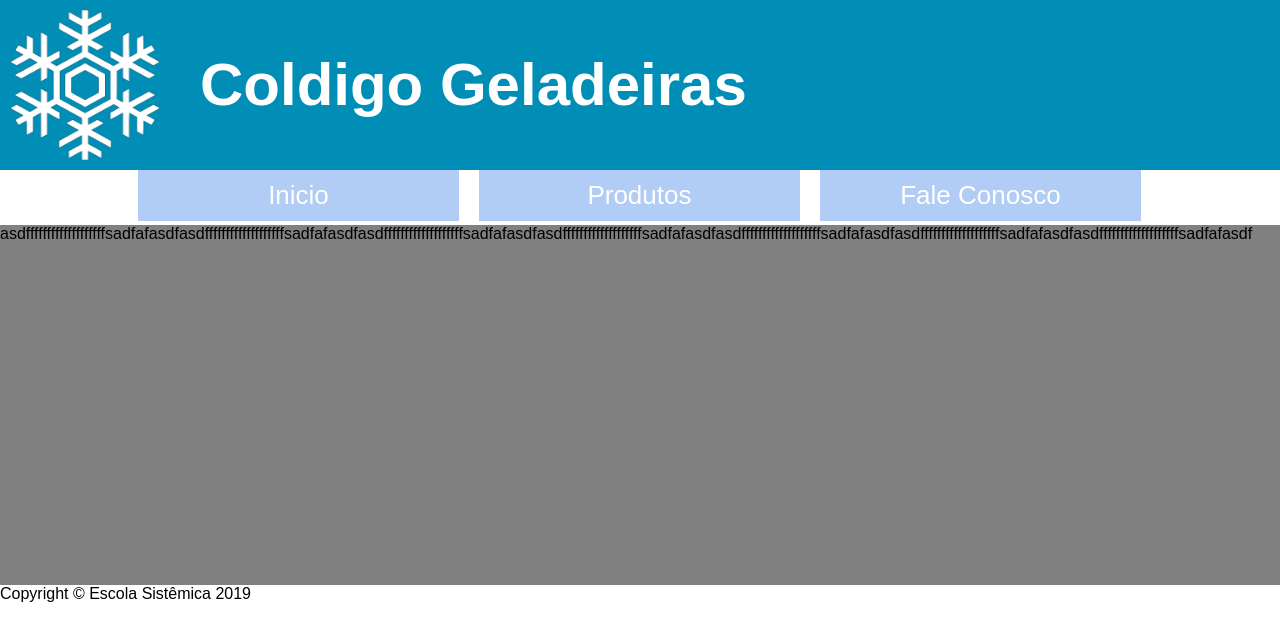
Repository: VandersonCani/Front-End
Page: ProjetoTrilhaWeb/src/main/webapp/WEB-INF/index.html
An editor plug-in stored every save of this project. The page is shown before and after the next save, followed by the edit.
The browser window is 1280 px wide. The pictures show the whole page.

Above is the page before, as saved 2024-05-07 21:58:36.

After the next save:
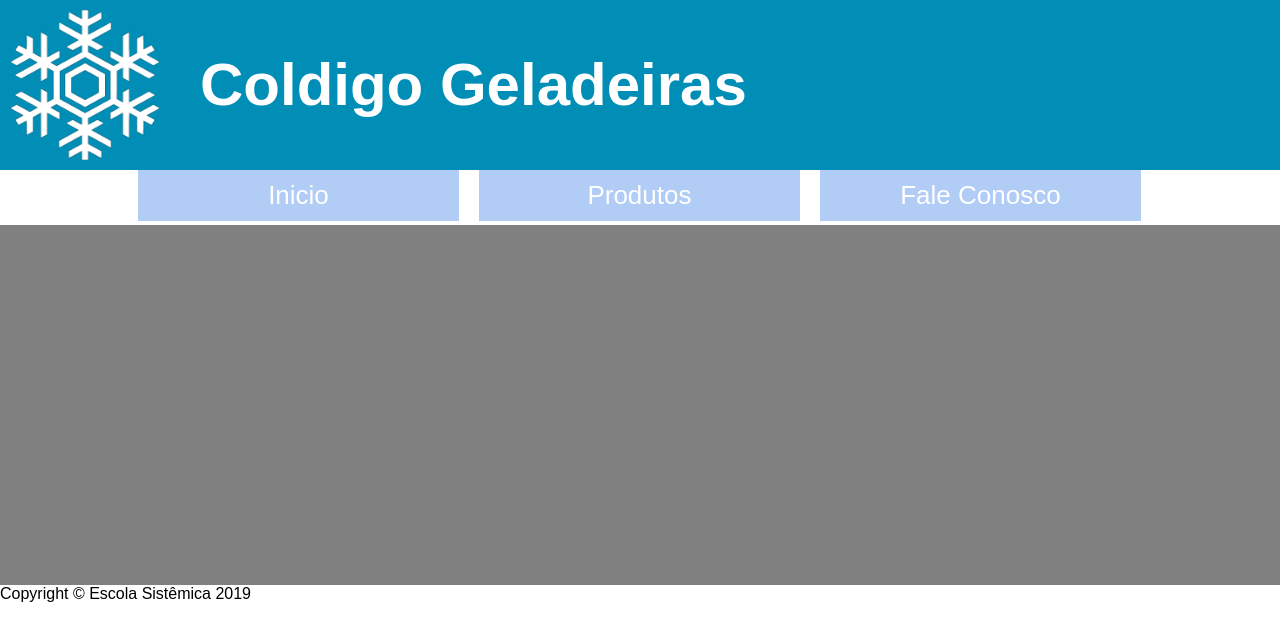
Saved 14 s later.
--- a/ProjetoTrilhaWeb/src/main/webapp/WEB-INF/index.html
+++ b/ProjetoTrilhaWeb/src/main/webapp/WEB-INF/index.html
@@ -21,7 +21,7 @@
 	<a href="pages/site/faleconosco.html"><div class="opcao">Fale Conosco</div></a>
 	</nav>
 	<section>
-	<a>asdfffffffffffffffffffsadfafasdfasdfffffffffffffffffffsadfafasdfasdfffffffffffffffffffsadfafasdfasdfffffffffffffffffffsadfafasdfasdfffffffffffffffffffsadfafasdfasdfffffffffffffffffffsadfafasdfasdfffffffffffffffffffsadfafasdf</a>
+
 	</section>
 	<footer>Copyright &copy; Escola Sistêmica 2019</footer>
 </body>
